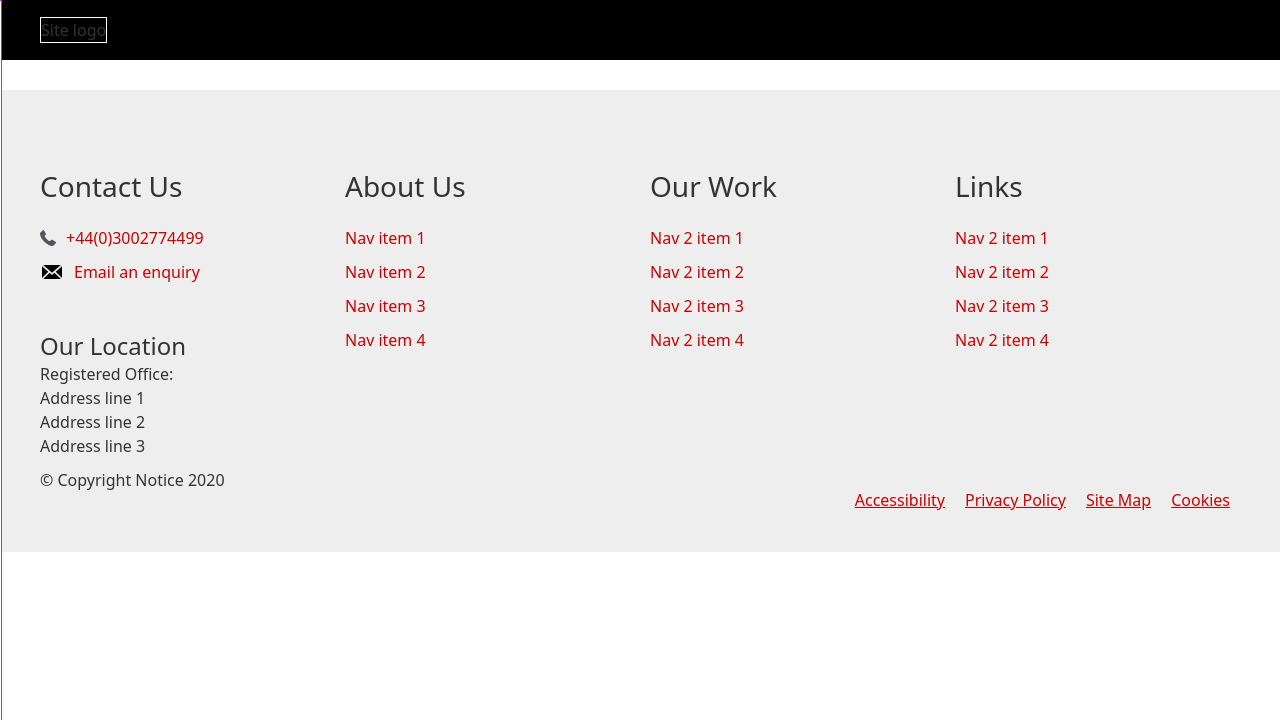
Repository: DaveBaulch/react-cms-components-typescript-styled
Page: /
An editor plug-in stored every save of this project. The page is shown before and after the next save, followed by the edit.
The browser window is 1280 px wide. The pictures show the whole page.
The project was rebuilt for these pictures with package versions that can differ from the ones it lists, and the page was loaded fresh each time.

Above is the page before, as saved 2020-12-17 16:04:13.

### src/sass/_base-styles.scss
@import 'utilities/variables';
@import 'utilities/mixins';
@import 'utilities/animations';

@import 'base/fonts';
@import 'base/resets';
@import 'base/elements';
@import 'base/typography';
@import 'base/forms';

@import 'helpers/text';
@import 'helpers/spacing';
@import 'helpers/colors';

@import 'global/header';
@import 'global/sidenav';
@import 'global/sidenavtoggle';
@import 'global/footer';

@import 'layout/layout';

### src/sass/utilities/_variables.scss
// -------------------------
// 'true' is default
//  setting this creates extra responsive classes targetting defined breakpoints
//  eg the 'visually-hidden' mixin
$responsive: true !default;

// Custom 'brand' fonts
//$font: 'Open Sans', sans-serif; //Available weights 400,600,700
$font: 'Noto Sans', sans-serif;
// https://fonts.google.com/specimen/Noto+Sans?selection.family=Noto+Sans
// 400,400i,700,700i

$font-weight-light: 400;
$font-weight-normal: 400;
$font-weight-bold: 700;

// Let's set the base font size to 62.5% (10px) for easier calculations
$base-font-size: 62.5%;
$base-line-height: 1.5 !default;

$body-font-desktop: 1.6rem; // = 16px
$body-font-mobile: 1.6rem; // = 16px

// Breakpoints
// -------------------------

// Named breakpoints
$breakpoint-xs: 320px;
$breakpoint-sm: 576px;
$breakpoint-md: 768px;
$breakpoint-lg: 992px;
$breakpoint-xl: 1200px;

$xs-min: 0;
$xs-max: ($breakpoint-sm - 1);

$sm-min: $breakpoint-sm;
$sm-max: ($breakpoint-md - 1);

$md-min: $breakpoint-md;
$md-max: ($breakpoint-lg - 1);

$lg-min: $breakpoint-lg;
$lg-max: ($breakpoint-xl - 1);

$xl-min: $breakpoint-xl;

// Colors
// -------------------------

// Base colors
$white: #fff;
$black: #000;

$grey-dark: #616161;
$grey-light: #ddd;
$grey-lighter: #eee;

$blue: #06c;
$green: #298700;
$red: #db1731;
$yellow: #fd0;

// Background color
$body-bg-color: #fff !default;

// Brand colors
$brand-color-1: $grey-light;

// Text colors
$color-text: #333;
$color-headings: #333;
$color-error: #eee;

// Link colors
$color-link-active: #c00;
$color-link-visited: #c00;
$color-link-hover: #333;
$color-link-focus: #d4d4d4;
$color-link-disabled: #d4d4d4;

// Form colors
$color-invalid: #f0dddd;

// Borders
// -------------------------

// Border colors
$color-border: $grey-light;
$color-border-dark: $grey-dark;
$color-border-light: $grey-lighter;

// Border styling
$border-radius: 5px;
$border-width: 1px;
$border-style: solid;
$border-color: $color-border;

$border: $border-width $border-style $border-color;

// Focus state styling
$focus-outline-width: 2px;
$focus-outline-style: solid;
$focus-outline-color: $red;
$focus-outline: $focus-outline-width $focus-outline-style $focus-outline-color;
$focus-outline-offset: 0;

// Default projext transitions
$transition-speed: 0.4s;
$transition-easing: ease;

// some different speed variables
$transition-speed-slow: 1.2s;
$transition-speed-medium: 0.8s;
$transition-speed-fast: 0.2s;

  // complete transitions

$transition-opacity: opacity 0.3s ease;
$transition-opacity-fast: opacity 0.2s ease;
$transition-opacity-slow: opacity 0.5s ease;
$transition-opacity-slower: opacity 0.8s ease;
$transition-opacity-in-out: all 0.3s ease-in-out;
$transition-opacity-in-out-fast: all 0.1s ease-in-out;


// z-index scale
// --------------------------------------------------
$z-index-1: 100;
$z-index-2: 200;
$z-index-3: 300;
$z-index-4: 400;
$z-index-5: 500;
$z-index-6: 600;
$z-index-7: 700;
$z-index-8: 800;
$z-index-9: 900;
$z-index-10: 1000;

### src/sass/utilities/_mixins.scss
@mixin fill {
  width: 100%;
  height: 100%;
}

@mixin imageCover {
  object-fit: cover;
  @include fill;
}

@mixin absoluteFill {
  display: block;
  position: absolute;
  top: 0;
  left: 0;
  @include fill;
}

@mixin textGradient($top: $brand-primary, $bottom: $brand-light) {
  background: linear-gradient($top, $bottom);
  background-clip: text;
  -webkit-text-fill-color: transparent;
}

// accessible text
@mixin sr-only {
  border: 0 !important;

  height: 1px !important;
  margin: (-1px) !important;
  overflow: hidden !important;
  padding: 0 !important;
  position: absolute !important;
  width: 1px !important;
}

// breakpoints
// uses breakpoints defined in variables.scss
@mixin breakpoint($point, $value: 0) {
  @if $point==xs {
    @media screen and (max-width: $xs-max) {
      @content;
    }
  } @else if $point==sm {
    @media screen and (min-width: $sm-min) {
      @content;
    }
  } @else if $point==md {
    @media screen and (min-width: $md-min) {
      @content;
    }
  } @else if $point==lg {
    @media screen and (min-width: $lg-min) {
      @content;
    }
  } @else if $point==xl {
    @media screen and (min-width: $xl-min) {
      @content;
    }
  } @else {
    @media screen and ($point: $value) {
      @content;
    }
  }
}

@mixin between-breakpoints($min, $max) {
  @media screen and (min-width: $min) and (max-width: $max) {
    @content;
  }
}

@mixin full-width {
  width: 100vw;
  position: relative;
  left: 50%;
  right: 50%;
  margin-left: -50vw;
  margin-right: -50vw;
}

### src/sass/utilities/_animations.scss
@keyframes fadeIn {
    from {
      opacity: 0;
      visibility: hidden;
    }
    to {
      opacity: 1;
      visibility: visible;
    }
  }

@keyframes fadeOut {
    from {
      opacity: 1;
      visibility: visible;
    }
    to {
      opacity: 0;
      visibility: hidden;
    }
  }

@keyframes slideTop {
  0% {
    transform: translateY(100px);
  }
  100% {
    transform: translateY(0);
  }
}

@mixin fadeIn($duration: 0.3s) {
  animation: {
    name: fadeIn;
    fill-mode: forwards;
    duration: #{$duration};
  }
}

@mixin fadeOut($duration: 0.3s) {
  animation: {
    name: fadeOut;
    fill-mode: forwards;
    duration: #{$duration};
  }
}

### src/sass/base/_fonts.scss
// @font-face {
//   font-family: 'hurme';
//   src: url('~assets/fonts/hurme/hurme-light.otf') format('opentype');
//   font-weight: $font-weight-light;
// }

// @font-face {
//   font-family: 'hurme';
//   src: url('~assets/fonts/hurme/hurme-regular.otf') format('opentype');
//   font-weight: $font-weight-normal;
// }

// @font-face {
//   font-family: 'hurme';
//   src: url('~assets/fonts/hurme/hurme-semiBold.otf') format('opentype');
//   font-weight: $font-weight-bold;
// }

### src/sass/base/_resets.scss
html {
  //Prevent iOS input highlighting
  box-sizing: border-box;
  font-size: $base-font-size;
  -webkit-tap-highlight-color: rgba(0, 0, 0, 0);
}

body {
  -moz-osx-font-smoothing: grayscale;
  -webkit-font-smoothing: antialiased;
  background-color: $body-bg-color;
  color: $color-text;
  font-size: $body-font-mobile;
  line-height: $base-line-height;
  text-align: left;
  margin: 0;
  padding: 0;
  font-weight: $font-weight-light;

  @include breakpoint(lg) {
    font-size: $body-font-desktop;
  }
}

html,
body {
  max-width: 100% !important;
  overflow-x: hidden !important;
}

img {
  display: block;
  height: auto;
  -ms-interpolation-mode: bicubic;
  // option to make images responsive by default
  max-width: 100%;
}

### src/sass/base/_elements.scss
button {
  cursor: pointer;
  margin: 0;
}

img {
  max-width: 100%;
  pointer-events: none;

  &:not([src]) {
    visibility: hidden;
  }
}

.img-responsive {
  display: block;
  height: auto;
  max-width: 100%;
  width: 100%;
}

a {
  text-decoration: none;
  color: inherit;
}

ul:not([class]) {
  list-style: disc;
}

ol:not([class]) {
  list-style: decimal;
}

### src/sass/base/_typography.scss
body {
  font-family: $font;
  font-weight: $font-weight-normal;
}

// Generic heading styling

h1,
h2,
h3,
h4,
h5 {
  margin: 0;
  padding: 0;
  margin-top: 2rem;
  color: $color-headings;
  font-weight: $font-weight-bold;
}

h1 {
  font-size: 2rem;
  font-weight: 00;
  line-height: 1.6;

  @include breakpoint(lg) {
    font-size: 3.2rem;
    line-height: 1.5;
  }
}

h2 {
  font-size: 2rem;
  font-weight: 400;
  line-height: 1.4;
  margin: 2.9rem 0 0 0;

  @include breakpoint(lg) {
    font-size: 2.8rem;
    line-height: 1.43;
    margin: 4.6rem 0 0 0;
  }
}

h3 {
  font-size: 1.8rem;
  font-weight: 400;
  line-height: 1.33;
  margin: 2.9rem 0 0 0;

  @include breakpoint(lg) {
    font-size: 2.4rem;
    line-height: 1.33;
    margin: 4.6rem 0 0 0;
  }
}

h4 {
  font-size: 1.8rem;
  font-weight: 400;
  line-height: 1.5;
  margin: 2.9rem 0 0 0;


  @include breakpoint(lg) {
    font-size: 2.4rem;
    line-height: 1.4;
    margin: 4.6rem 0 0 0;
  }
}

h5 {
  font-size: 1.8rem;
  font-weight: 400;
  line-height: 1.5;
  margin: 2.9rem 0 0 0;

  @include breakpoint(lg) {
    font-size: 2.4rem;
    line-height: 1.56;
    margin: 4.6rem 0 0 0;
  }
}

// Link styles

a {
  color: $color-link-active;
  text-decoration: underline;
}

a:visited {
  color: $color-link-visited;
}

a:hover {
  color: $color-link-hover;
}

a:focus {
  color: $color-link-hover;
  outline: $focus-outline;
}

// Standard text paragraphs

p {
  margin: 2rem 0 0 0;
  padding: 0;
}

// List styles
ol,
ul {
  margin: 2rem 0 0 0;
  padding: 0;
  list-style: none;

  &:not([class]) {
    margin: 0 1.22rem 0.8rem 1.5rem;
    list-style-position: inside;
  }
}

ol:not([class]) {
  list-style-type: decimal;
}

ul:not([class]) {
  list-style-type: disc;
}

// Definition list styles

dl {
}

dt {
  font-weight: bold;
}

// Opinionated styling of typographic elements

hr {
  height: 1px;
  margin: 1em 0;
  padding: 0;
  display: block;
  border: 0;
  border-top: 1px solid $grey-light;
}

blockquote {
  margin: 0;
  padding: 0 10px;
}

ins {
  background: $red;
  color: $black;
  text-decoration: none;
}

mark {
  font-style: italic;
  font-weight: bold;
}

pre {
  white-space: pre-wrap;
  word-wrap: break-word;
}

### src/sass/helpers/_text.scss
.uppercase {
  text-transform: uppercase;
}

.font-light {
  font-weight: $font-weight-light;
}

.font-normal {
  font-weight: $font-weight-normal;
}

.font-bold {
  font-weight: $font-weight-bold;
}

.sr-only {
  @include sr-only;
}

### src/sass/helpers/_spacing.scss
.no-padding {
  padding: 0;
}

.no-margin {
  margin: 0;
}

### src/sass/helpers/_colors.scss
// .bg-white {
//   background-color: $brand-white;
// }
// .bg-white-alt {
//   background-color: $brand-white-alt;
// }
// .bg-black {
//   background-color: $brand-black;
// }
// .bg-primary {
//   background-color: $brand-primary;
// }
// .bg-primary-alt {
//   background-color: $brand-primary-alt;
// }
// .bg-dark {
//   background-color: $brand-dark;
// }
// .bg-dark-alt {
//   background-color: $brand-dark-alt;
// }
// .bg-light {
//   background-color: $brand-lightest;
// }
// .bg-light-alt {
//   background-color: $brand-light-alt;
// }

### src/sass/global/_header.scss
.header-container {
  width: 100%;
  min-height: 60px;
  background-color: $black;
  position: fixed;
  top: 0;

  @include breakpoint(md) {
    position: relative;
  }
}

.header {
  width: 100%;
  min-height: 60px;
  display: flex;
  justify-content: space-between;
  align-items: center;
  background-color: $black;
  box-sizing: border-box;
  padding: 0;
}

.logo {
  margin: 0;
  padding: 0;
  border: 1px solid $white;
}

.logo__link {
  margin: 0;
  padding: 1rem;
  text-decoration: none;
  color: $white;
  display: block;
}

.navigation-items {
  display: none;

  @include breakpoint(md) {
    display: block;
  }
}

### src/sass/global/_sidenav.scss
.sidenav-container {
  height: 100vh;
  width: 1px;
  position: fixed;
  top: 0;
  left: -300px;
}

.sidenav-backdrop {
  width: 100%;
  height: 100%;
  background-color: rgba(0, 0, 0, 0.7);
  position: fixed;
  top: 0;
  left: 0;
}

.sidenav-wrapper {
  width: 300px;
  height: 100vh;
  background-color: white;
  transition: all 0.3s ease-out;
  transform: translateX(0);
  border: 1px solid #f0f;
}

.nav-active .sidenav-wrapper {
  transform: translateX(300px);
}

.sidenav {
  height: 100%;
  width: 300px;
  background-color: white;
  //z-index: 10000;
  // position: fixed;
  // top: 0;
  // left: 0;
  box-sizing: border-box;
  padding: 30px;
}

// .slide-side-enter-active,
// .slide-side-leave-active {
//   transition: all 0.3s ease-out;
// }
// .slide-side-enter,
// .slide-side-leave-to {
//   transform: translateX(-100%);
// }

.nav-list {
  list-style: none;
  padding: 0;
  margin: 0;
}

.nav-item {
  margin: 20px 0;
}

.nav-item a {
  text-decoration: none;
  color: black;
  font-size: 1.5rem;
}

.nav-item a:hover,
.nav-item a:active {
  color: red;
}

### src/sass/global/_sidenavtoggle.scss
.drawer-toggle {
  display: flex;
  flex-direction: column;
  justify-content: space-around;
  height: 40px;
  width: 35px;
  cursor: pointer;
}

@media (min-width: 768px) {
  .drawer-toggle {
    display: none;
  }
}

.drawer-toggle .bar {
  width: 90%;
  height: 2px;
  background-color: white;
}

### src/sass/global/_footer.scss
.row {
  display: grid;
  grid-template-columns: repeat(12, 1fr);
  grid-gap: 20px;
}

.footer-wrapper {
  background-color: $grey-lighter;
}

.footer {
  margin: 3rem auto 0  auto;
  padding: 3rem 0;
}

.footer__col {
  margin: 0;
}

.footer__col--1 {
  grid-column: 1 / 13;

  @include breakpoint(md) {
    grid-column: 1 / 7;
  }

  @include breakpoint(lg) {
    grid-column: 1 / 4;
  }
}

.footer__col--2 {
  grid-column: 1 / 13;

  @include breakpoint(md) {
    grid-column: 7 / 13;
  }

  @include breakpoint(lg) {
    grid-column: 4 / 7;
  }
}

.footer__col--3 {
  grid-column: 1 / 13;

  @include breakpoint(md) {
    grid-column: 1 / 7;
  }

  @include breakpoint(lg) {
    grid-column: 7 / 10;
  }
}

.footer__col--4 {
  grid-column: 1 / 13;

  @include breakpoint(md) {
    grid-column: 7 / 13;
  }

  @include breakpoint(lg) {
    grid-column: 10 / 13;
  }
}

.footer__sub1 {
  margin: 0 0 3rem 0;
}

.footer__sub2 {
  margin: 0 0 1rem 0;
}

// footer nav lists
.footer-nav {
  margin: 2rem auto 0 auto;
  list-style: none;
}

.footer-nav__item {
  margin: 0 0 1rem 0;
  padding: 0;
  display: flex;
}

.footer-nav__item-icon {
  margin-right: 1rem;
}

.footer-nav__link {
  text-decoration: none;

  &:hover,
  &:focus {
    color: $color-link-hover;
    text-decoration: underline;
  }
}

.copyright-notice-wrapper{
  grid-column: 1 / 13;

  @include breakpoint(lg) {
    grid-column: 1 / 4;
  }
}

.footer-links-wrapper {
  grid-column: 1 / 13;

  @include breakpoint(lg) {
    grid-column: 4 / 13;
  }
}

.footer-links {
  margin: 0 auto;
  list-style: none;

  @include breakpoint(lg) {
    display: flex;
    justify-content: flex-end;
    margin-top: 2rem;
  }
}

.footer-links__item {
  margin: 0 1rem 1rem 1rem;
}

.footer-links__link {
  display: block;
  text-decoration: none;

  &:hover,
  &:focus {
    color: $color-link-hover;
    text-decoration: underline;
  }
}

### src/sass/layout/_layout.scss
.container {
  width: calc(100% - 30px);
  max-width: 1200px;
  margin: 0 auto;
  padding: 0;
  position: relative;
  padding: 0 15px;
}

.row {
  display: grid;
  grid-template-columns: repeat(12, 1fr);
  grid-gap: 20px;
}

.main {
  padding-top: 60px;

  @include breakpoint(md) {
    padding-top: 0;
  }
}

// picturefill-background background images
.picturefill-background {
  background-size: cover;
  background-repeat: no-repeat;
  opacity: 1;
  transition: opacity 2s ease;

  &.is-lazy {
    opacity: 0;
  }
}

Loaded but not shown: public/index.html (common file); src/index.js (common file); public/data/footer-data.json (107 lines, source omitted); src/components/Global/Footer.js (128 lines, source omitted); src/components/Global/Sidenav.js (35 lines, source omitted); src/components/App.js (36 lines, source omitted); src/components/Global/Header.js (18 lines, source omitted); src/components/Global/FooterNavLinks.js (17 lines, source omitted); src/components/Global/FooterLinks.js (15 lines, source omitted); src/components/Global/SidenavToggle.js (12 lines, source omitted); src/sass/base/_forms.scss (498 lines, source omitted)

After the next save:
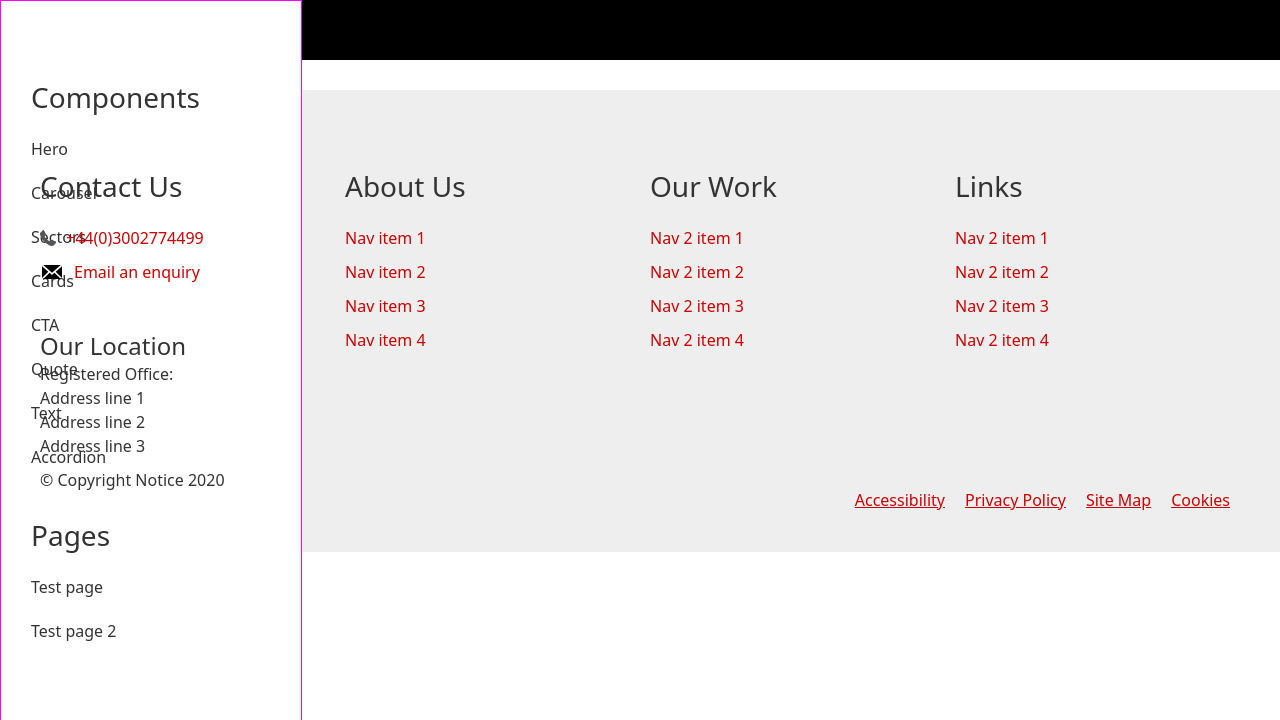
Saved 6 s later.
--- a/src/sass/global/_sidenav.scss
+++ b/src/sass/global/_sidenav.scss
@@ -3,7 +3,7 @@
   width: 1px;
   position: fixed;
   top: 0;
-  left: -300px;
+  left: 0;
 }
 
 .sidenav-backdrop {

After the 2 saves that followed:
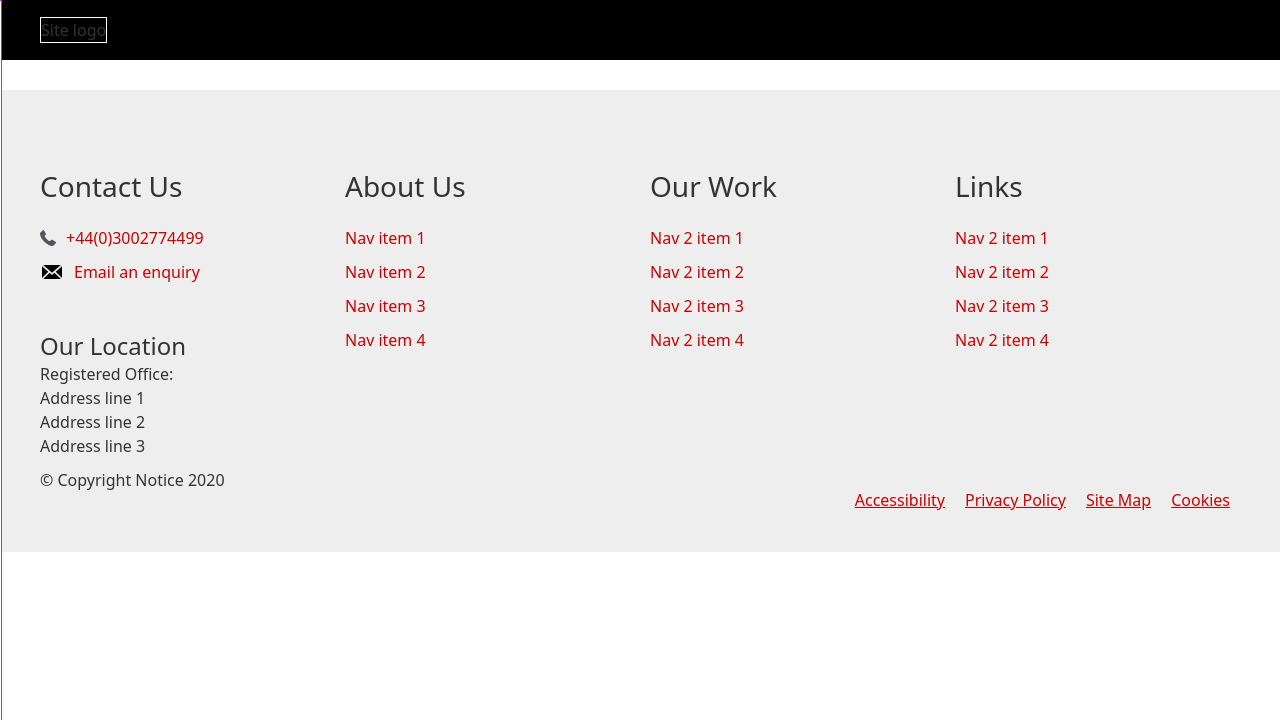
The 2 saves are shown as one change because they came seconds apart.
The last was saved 11 s later.
--- a/src/sass/global/_sidenav.scss
+++ b/src/sass/global/_sidenav.scss
@@ -20,12 +20,12 @@
   height: 100vh;
   background-color: white;
   transition: all 0.3s ease-out;
-  transform: translateX(0);
+  transform: translateX(-300px);
   border: 1px solid #f0f;
 }
 
 .nav-active .sidenav-wrapper {
-  transform: translateX(300px);
+  transform: translateX(30);
 }
 
 .sidenav {
